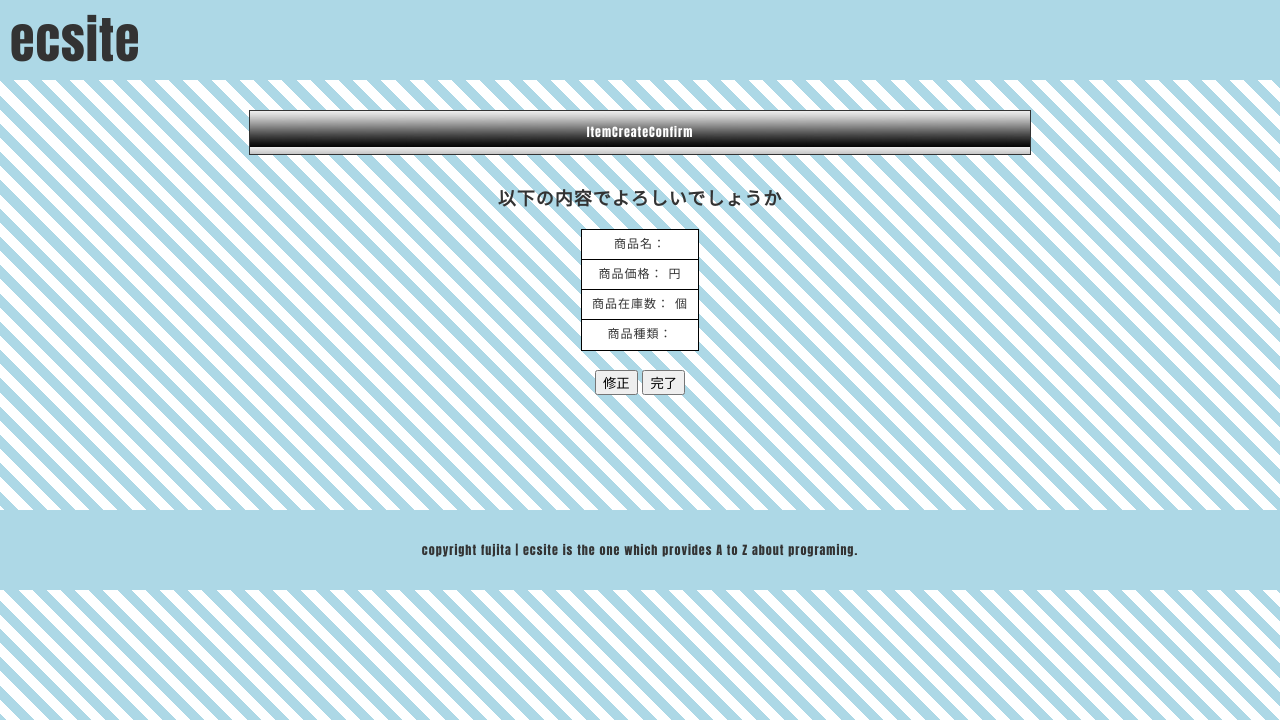
Repository: ryousukefujita-0423/test
Page: http://localhost/ecsite/itemCreateConfirm.jsp
These files come from the project's save history. The page is drawn as it stood at one moment and after the next save; the edit follows.
The browser window is 1280 px wide. The pictures show the whole page.
Some web libraries are served in a nearby version. The page is served by Tomcat 9. Other server files are loaded and not shown.

Above is the page before, as saved 2019-03-22 04:32:30.

### ecsite/WebContent/itemCreateConfirm.jsp
<%@ page language="java" contentType="text/html; charset=UTF-8"
	pageEncoding="UTF-8"%>
<%@ taglib prefix="s" uri="/struts-tags"%>
<!DOCTYPE html>
<html>
<head>
<meta http-equiv="Content-Type" content="text/html; charset=UTF-8" />
<meta http-equiv="Content-Style-Type" content="text/css" />
<meta http-equiv="Content-Script-Type" content="text/javascript" />
<meta http-equiv="imagetoolbar" content="no" />
<meta name="description" content="" />
<meta name="keywords" content="" />
<script
	src="http://ajax.googleapis.com/ajax/libs/jquery/1.9.1/jquery.min.js"></script>
<link rel="stylesheet" type="text/css" href="./css/style.css">
<title>ItemCreateConfirm画面</title>
<script type="text/javascript">
	function submitAction(url) {
		$('form').attr('action', url);
		$('form').submit();
	}
</script>
</head>
<body>
	<div id="header">ecsite</div>
	<div id="main">
		<div id="top">
			<p>ItemCreateConfirm</p>
		</div>
		<h2>以下の内容でよろしいでしょうか</h2>
		<s:form>
			<table>
				<tr>
					<td>商品名： <s:property value="session.new_item_name" /></td>
				</tr>
				<tr>
					<td>商品価格： <s:property value="session.new_item_price" /><span>円</span>
					</td>
				</tr>
				<tr>
					<td>商品在庫数： <s:property value="session.new_item_stock" /><span>個</span>
					</td>
				</tr>
				<tr>
					<td>商品種類： <s:if test="session.new_item_type == 1">
				文房具
				</s:if> <s:elseif test="session.new_item_type == 2">
				書籍
				</s:elseif> <s:elseif test="session.new_item_type == 3">
				電化製品
				</s:elseif> <s:elseif test="session.new_item_type == 4">
				食品
				</s:elseif> <s:elseif test="session.new_item_type == 5">
				家具
				</s:elseif> <s:elseif test="session.new_item_type == 6">
				日用雑貨
				</s:elseif></td>
				</tr>
			</table>
			<br>
			<div>
				<input type="button" value="修正"
					onclick="submitAction('ItemCreateAction')" /> <input type="button"
					value="完了" onclick="submitAction('ItemCreateCompleteAction')" />
			</div>
		</s:form>
	</div>
	<div id="footer">copyright fujita | ecsite is the one which
		provides A to Z about programing.</div>
</body>
</html>

### ecsite/WebContent/css/style.css
@CHARSET "UTF-8";

body {
	margin: 0;
	padding: 0;
	line-height: 1.6;
	letter-spacing: 1px;
	font-family: Verdana, Helvetica, sans-serif;
	font-size: 12px;
	color: #333;
	background: repeating-linear-gradient(45deg, lightblue, lightblue 10px, white 0,
		white 20px);
}

table {
	text-align: center;
	margin: 0 auto;
	border-collapse: collapse;
}

tr {
	background-color: white;
}

td {
	padding: 5px 10px;
	border: 1px solid black;
}

#top {
	width: 780px;
	margin: 30px auto;
	border: 1px solid #333;
	font-family: impact;
	background-image: url("../img/trbackba.jpg");
	background-position: top left;
	color: white;
	background-color: #eeeeff;
}

#header {
	widht: 100%;
	height: 80px;
	background-color: lightblue;
	line-height: 80px;
	font-family: impact;
	font-size: 50px;
	padding-left: 10px;
}

#kanri {
	clear: both;
	widht: 100%;
	height: 100px;
	line-height: 100px;
	text-align: center;
}

#main {
	widht: 100%;
	height: 100%;
	text-align: center;
	position: relative;
	min-height: 400px;
}

#footer {
	widht: 100%;
	height: 80px;
	background-color: lightblue;
	clear: both;
	font-family: impact;
	line-height: 80px;
	text-align: center;
	bottom: 0;
}

#text-center {
	display: inline-block;
	text-aligin: center;
}

#text-link {
	display: inline-block;
	text-aligin: right;
}

#text-center {
	display: inline-block;
	text-align: center;
}

#left {
	float: left;
	width: 50%;
	height: 200px;
}

#right {
	float: right;
	width: 50%;
	height: 200px;
}

#color {
	widht: 20px;
	height: 50px;
}

#checkbox_hidden {
	display: none;
}

#table_color {
	background-color: white;
}

#sold_color {
	color: red;
	border: 1px solid black;
}

#table_midashi {
	background-image: url("../img/trbackba.jpg");
	background-position: bottom left;
	color: white;
	background-color: #eeeeff;
}

#item_type {
	border-collapse: separate;
	border-spacing: 40px 20px;
}

After the next save:
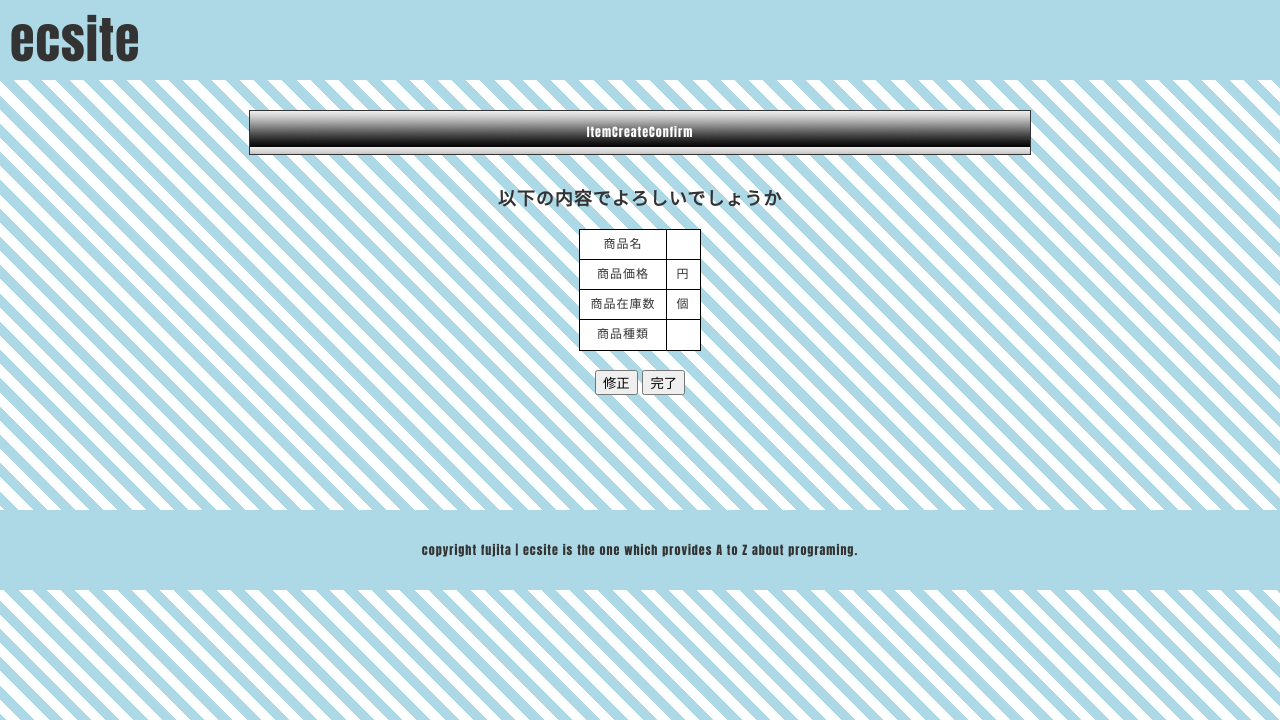
Saved 2 min 29 s later.
--- a/ecsite/WebContent/itemCreateConfirm.jsp
+++ b/ecsite/WebContent/itemCreateConfirm.jsp
@@ -31,18 +31,22 @@
 		<s:form>
 			<table>
 				<tr>
-					<td>商品名： <s:property value="session.new_item_name" /></td>
+					<td>商品名</td>
+					<td><s:property value="session.new_item_name" /></td>
 				</tr>
 				<tr>
-					<td>商品価格： <s:property value="session.new_item_price" /><span>円</span>
+					<td>商品価格</td>
+					<td><s:property value="session.new_item_price" /> <span>円</span>
 					</td>
 				</tr>
 				<tr>
-					<td>商品在庫数： <s:property value="session.new_item_stock" /><span>個</span>
+					<td>商品在庫数</td>
+					<td><s:property value="session.new_item_stock" /><span>個</span>
 					</td>
 				</tr>
 				<tr>
-					<td>商品種類： <s:if test="session.new_item_type == 1">
+					<td>商品種類</td>
+					<td><s:if test="session.new_item_type == 1">
 				文房具
 				</s:if> <s:elseif test="session.new_item_type == 2">
 				書籍
